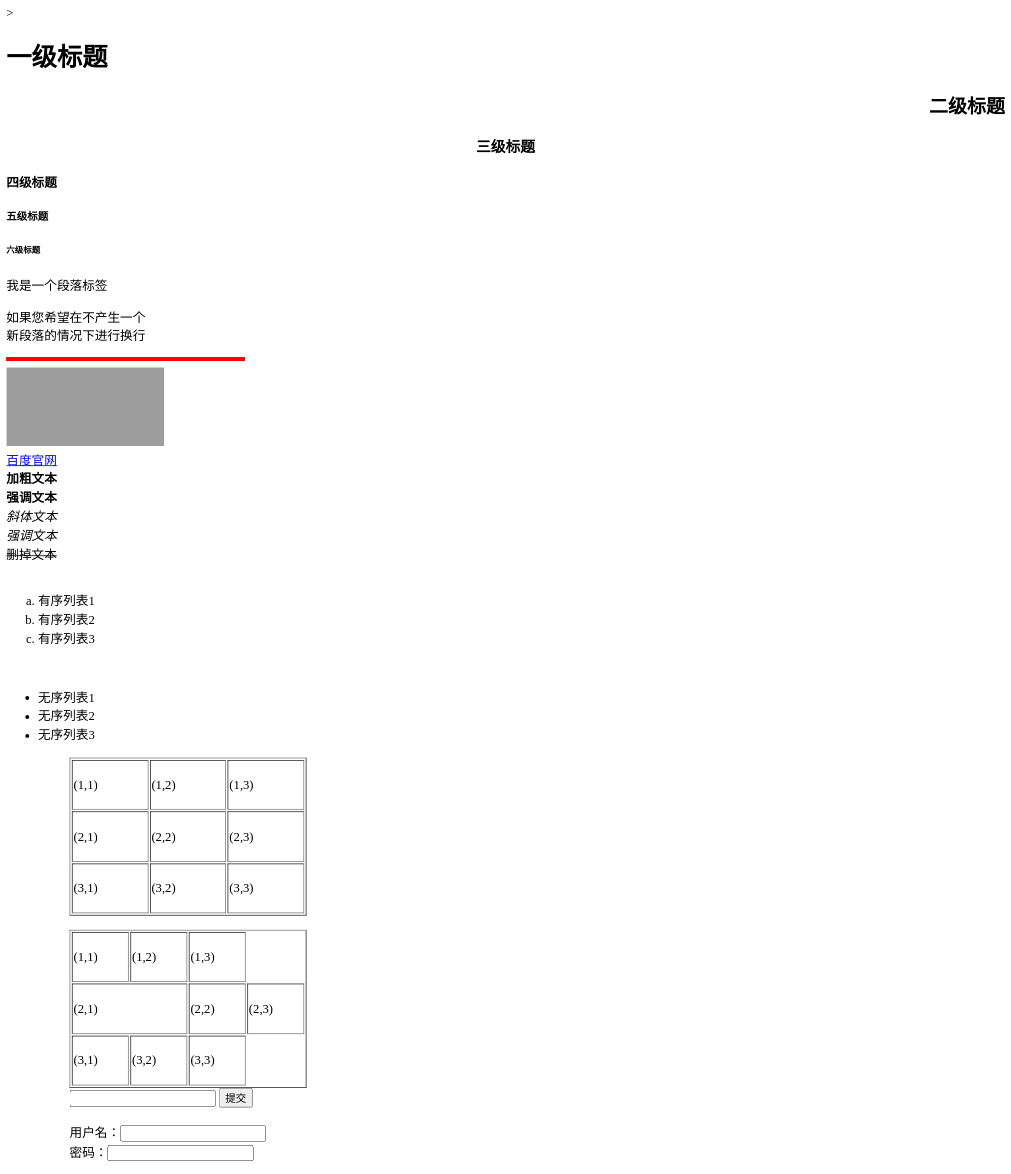
Repository: yuanliumaker/html-css-js
Page: hello.html
An editor plug-in stored every save of this project. The page is shown before and after the next save, followed by the edit.
The browser window is 1280 px wide. The pictures show the whole page, at 79% of full size.
Pictures or frames that could not be fetched are drawn as grey boxes.

Above is the page before, as saved 2025-08-29 11:13:35.

After the next save:
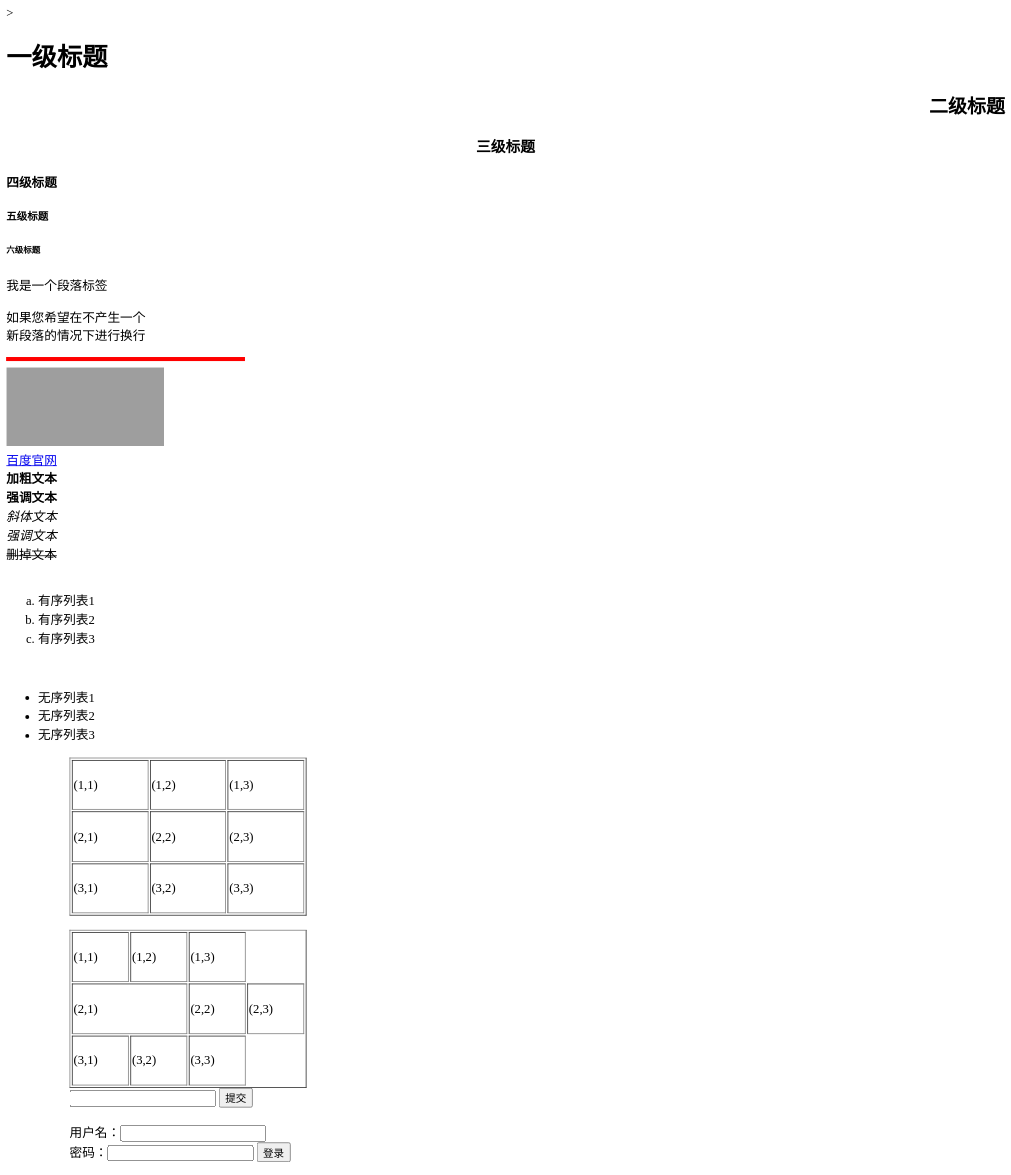
Saved 2 min 50 s later.
--- a/hello.html
+++ b/hello.html
@@ -108,6 +108,7 @@
         用户名：<input type="text">
         <br>
         密码：<input type="password">
+        <input type="submit" value="登录">
     </form>
 
 </body>
